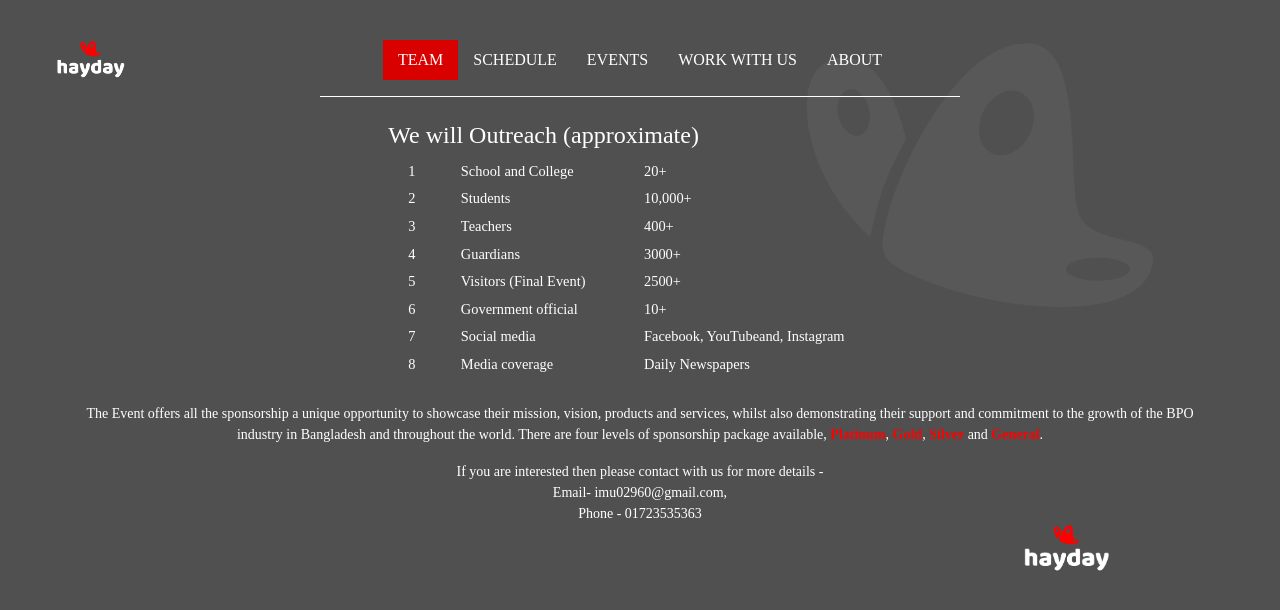
Repository: im1971/company-web
Page: workWithUs.html
These files come from the project's save history. The page is drawn as it stood at one moment and after the next save; the edit follows.
The browser window is 1280 px wide. The pictures show the whole page.
Some web fonts or font styles are not loaded; a fallback is used.

Above is the page before, as saved 2020-02-08 11:03:10.

After the next save:
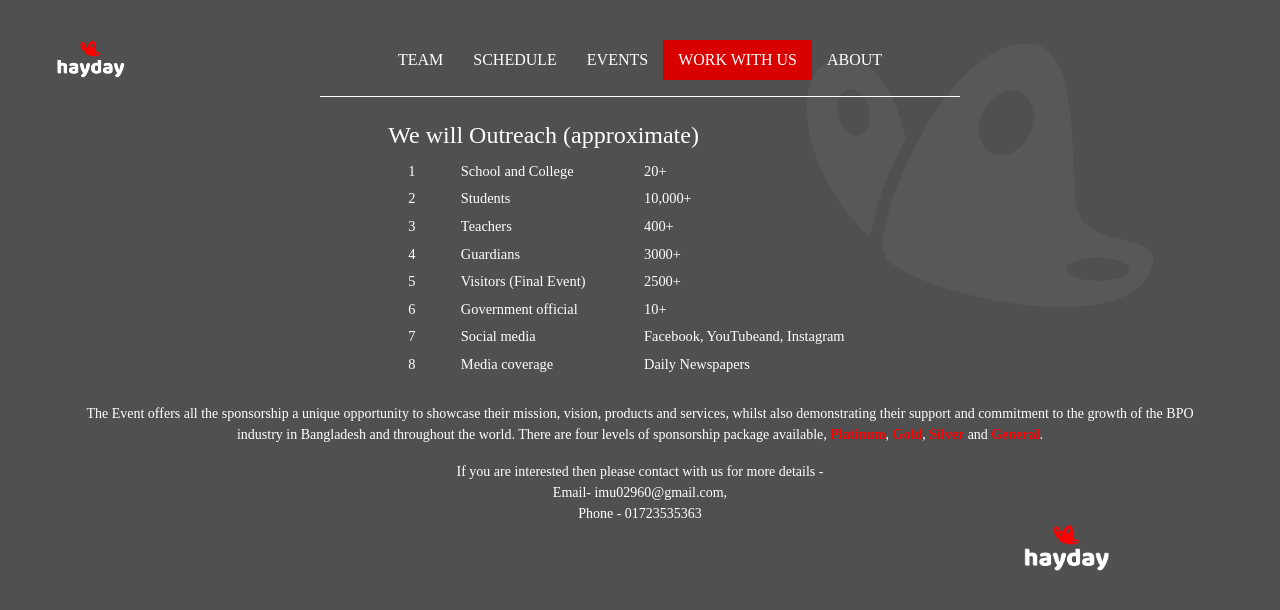
Saved 19 s later.
--- a/workWithUs.html
+++ b/workWithUs.html
@@ -35,7 +35,7 @@
                                     <img src="img/logo.png" alt="">
                                 </a>
                                 <li class="nav-item">
-                                    <a class="nav-link active" href="team.html">Team</a>
+                                    <a class="nav-link" href="team.html">Team</a>
                                 </li>
                                 <li class="nav-item">
                                     <a class="nav-link" href="schedule.html">SCHEDULE</a>
@@ -44,7 +44,7 @@
                                     <a class="nav-link" href="about.html">Events</a>
                                 </li>
                                 <li class="nav-item">
-                                    <a class="nav-link" href="workWithUs.html">Work With us</a>
+                                    <a class="nav-link active" href="workWithUs.html">Work With us</a>
                                 </li>
                                 <li class="nav-item">
                                     <a class="nav-link" href="about.html">About</a>
